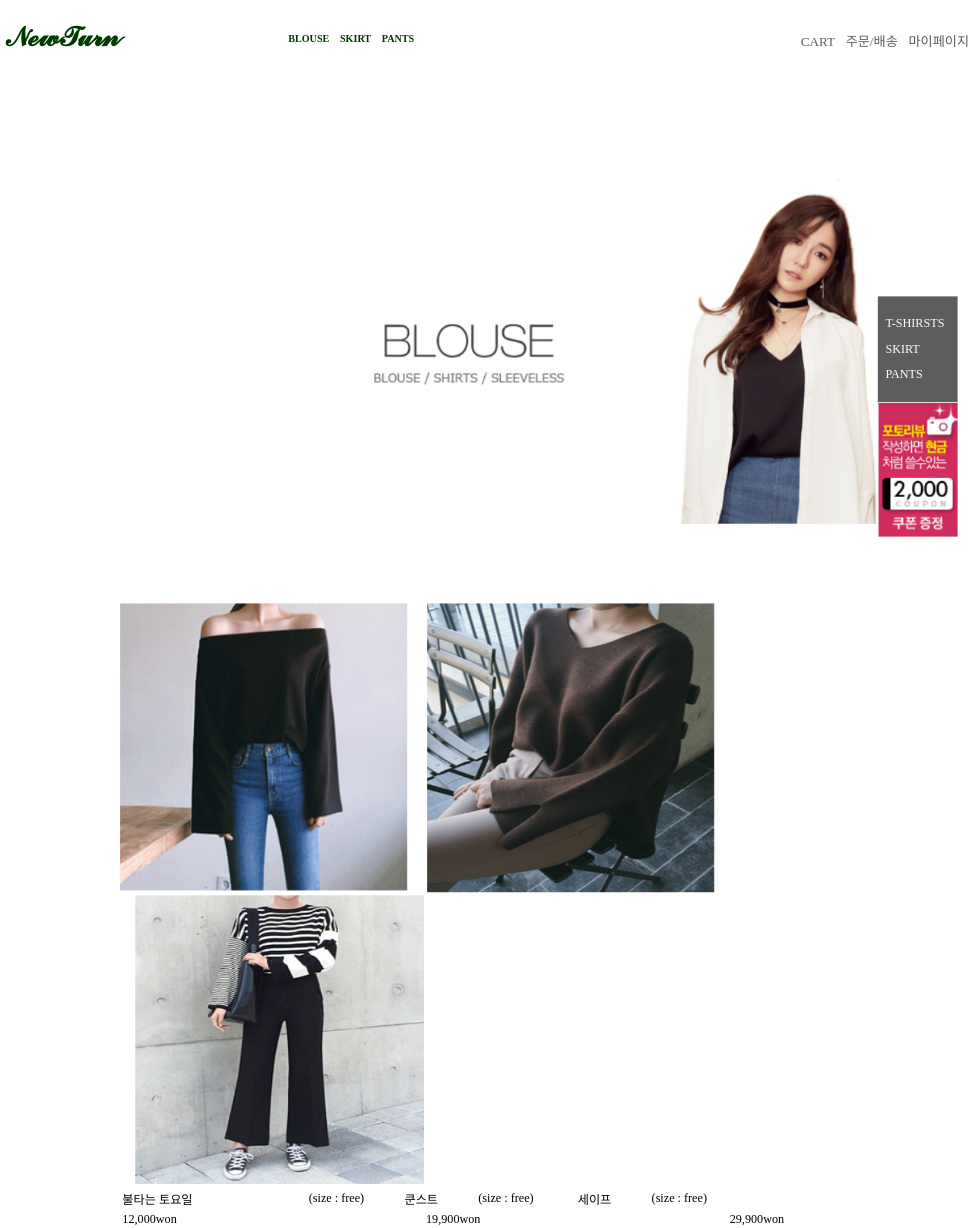
Repository: won0108/Port-Folio
Page: Creating_Homepage/Shopping/WebContent/top.html
An editor plug-in stored every save of this project. The page is shown before and after the next save, followed by the edit.
The browser window is 1280 px wide. The pictures show the whole page, at 76% of full size.

Above is the page before, as saved 2020-12-03 08:03:22.

### Creating_Homepage/Shopping/WebContent/top.html
<!DOCTYPE html>
<html>
<head>  <!--웹페이지에 대한 정보를 제공한다.-->
 <title> New Turn </title>  <!--탭에 New Turn을 나타낸다.-->
<style>

 	@font-face{
 	font-family:"My Font";
 	src: url("fontstyle/ENCOSCPT.TTF");
	}
 	h1{
   	color:#003900;
   	position:fixed;
   	top: 0px;
   	left:10px;
   	font-family:"My Font", serif;
   	font-size: 30pt;
   	}
	#infor{
	position:fixed;
	top:40px; right:0px;
	}
	#infor a{
	text-decoration:none;
	color:#5D5D5D;
	font-size:13pt;
	display: inline;
	padding :5px;
	}
	#infor a:hover{
	tex-decoration:underline;
	color: black;
	text-weight:bold;
	}
	#categ{
	position:fixed;
	top:25px; right:730px;
	}
	#categ ul li{
	display: inline;
	}
	#categ ul li a{
	text-decoration:none;
	color:#003900;
	font-size:10pt;
	font-weight:bold;
	text-transform:uppercase;
	padding :5px;
	}
	#categ ul li a:hover{
	tex-decoration:underline; color: black;
	}
	#main{
   	position:relative;
   	top: 300px; margin-left:150px;
   }
</style>
</head>
<body>
	<h1> NewTurn </h1>
	<div id="infor">
		<a href="">CART</a>
		<a href="">주문/배송</a>
		<a href="마이페이지.html">마이페이지</a>
	</div>
	<div id="categ">
		<ul>
			<li><a href="top.html">BLOUSE</a></li>
			<li><a href="skirt.html">SKIRT</a></li>
			<li><a href="pants.html">PANTS</a></li>
		</ul>
	</div>
	<img style="position:relative; top: 200px; left:450px;" src="images/티파니.PNG"><br>
	<div id="main">
			<img src="images/티셔츠1.PNG" width="380" height="380">
			<img src="images/티셔츠2.PNG" width="380" height="380" style="padding-left:20px;">
			<img src="images/티셔츠3.PNG" width="380" height="380" style="padding-left:20px;">
			<table>
				<tr>
					<td>불타는 토요일</td>
					<td style="padding-left:150px;">(size : free)</td>
					<td style="padding-left: 50px;">쿤스트</td>
					<td style="padding-left:50px;">(size : free)</td>
					<td style="padding-left: 55px;">세이프</td>
					<td style="padding-left:50px;">(size : free)</td>


			    </tr>
			</table>

		<table>
			<tr>
		    	<td>12,000won</td>
		    	<td style="padding-left: 325px;">19,900won</td>
		    	<td style="padding-left: 325px;">29,900won</td>
		    </tr>
		</table>
		</div>

<div style="background-color:#5D5D5D;
width:85px; height:120px; right:20px; bottom:190px;
color:white; display:block; position:fixed; padding:10px;">
<p>T-SHIRSTS</p>
<p>SKIRT</p>
<p>PANTS</p>
</div>
<div style=" display:block; position:fixed; right:20px; bottom:10px;">
<img src="쿠폰.png"></div>

</body>
</html>

After the next save:
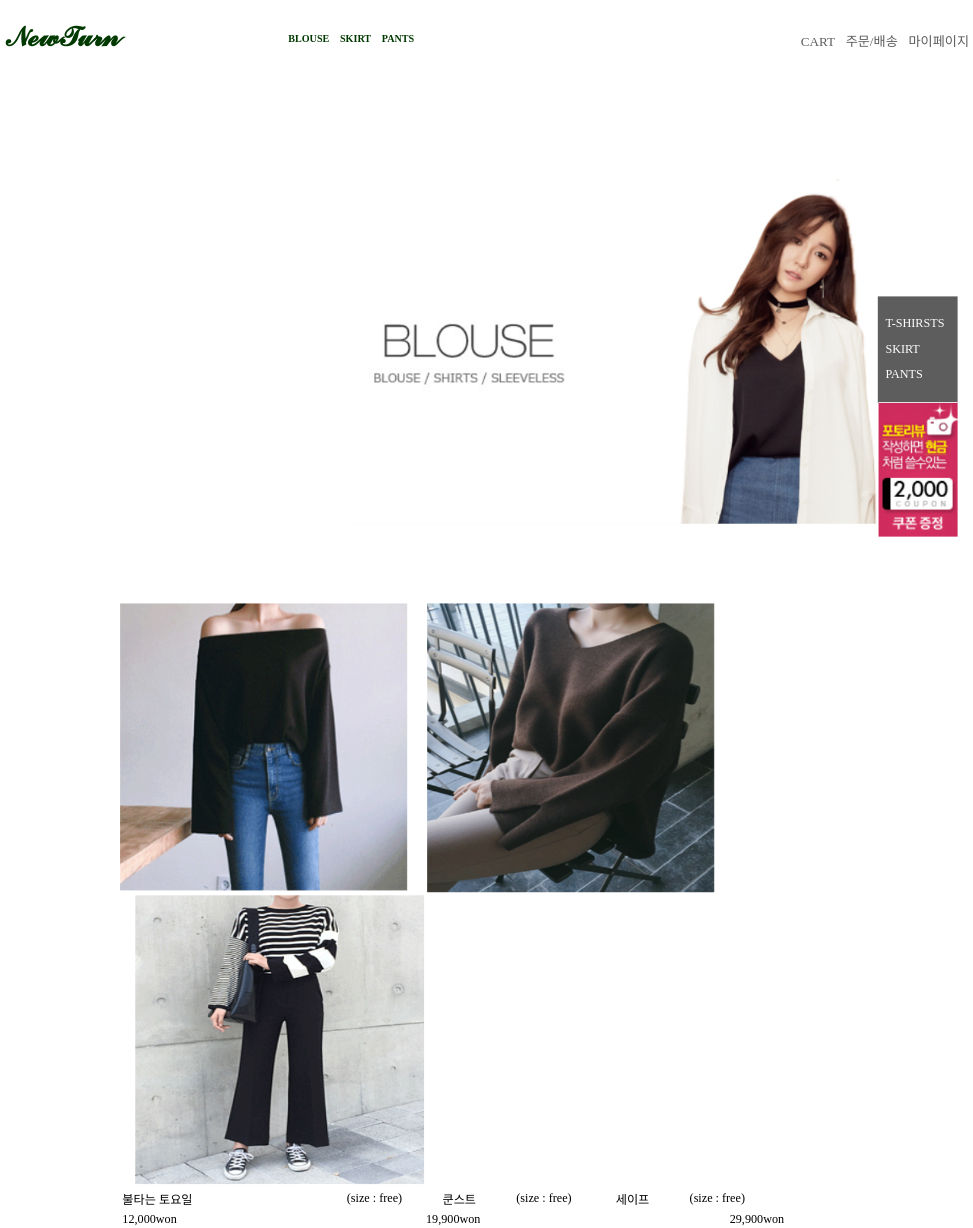
Saved 7 s later.
--- a/Creating_Homepage/Shopping/WebContent/top.html
+++ b/Creating_Homepage/Shopping/WebContent/top.html
@@ -78,7 +78,7 @@
 			<table>
 				<tr>
 					<td>불타는 토요일</td>
-					<td style="padding-left:150px;">(size : free)</td>
+					<td style="padding-left:200px;">(size : free)</td>
 					<td style="padding-left: 50px;">쿤스트</td>
 					<td style="padding-left:50px;">(size : free)</td>
 					<td style="padding-left: 55px;">세이프</td>
